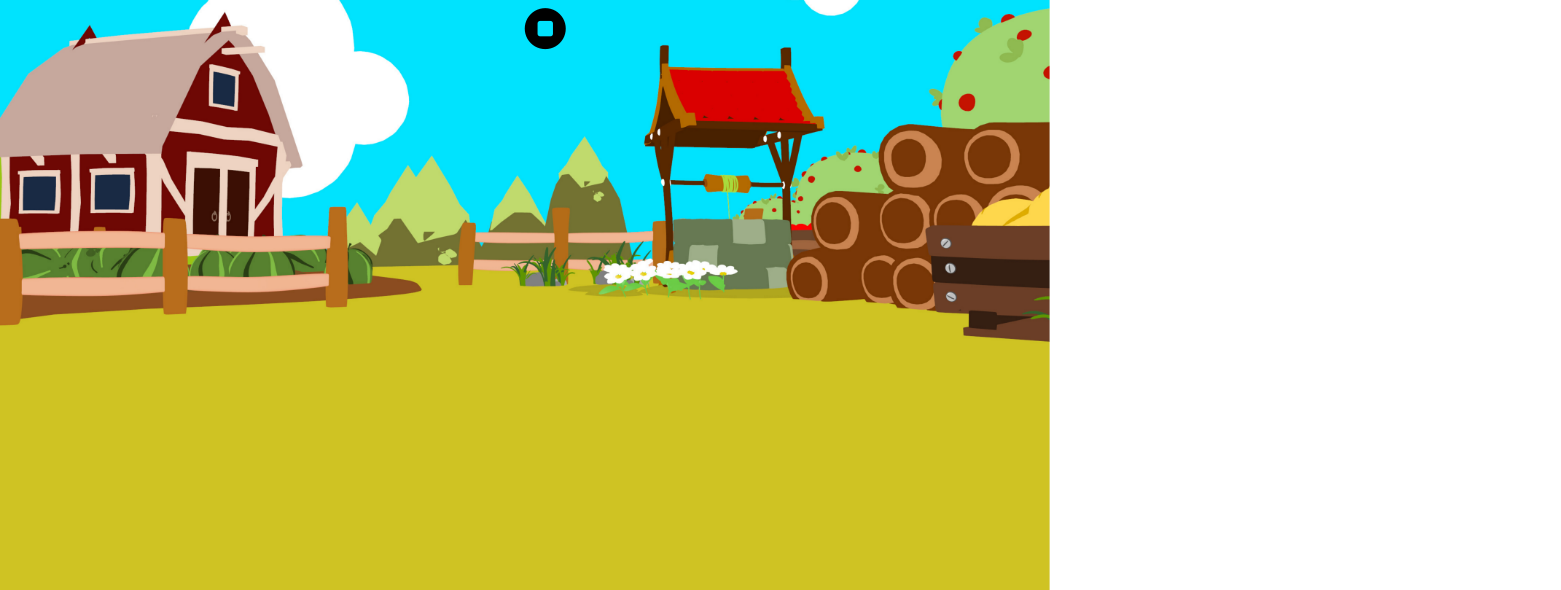
Repository: rumor1993/DreamCoding-Browser101
Page: Chapter07/index.html
The author's editor kept a copy of each file at every save. The page is drawn from the files as they stood at one save, then again after the next save.
The browser window is 1280 px wide. The page is 1904 px wide, so the pictures cover 1904 px, including what lies to the right of the window. The pictures show the whole page, at 82% of full size.
Some web libraries are served in a nearby version.

Above is the page before, as saved 2021-01-01 13:27:05.

### Chapter07/index.html
<!DOCTYPE html>
<html lang="en">
  <head>
    <meta charset="UTF-8" />
    <meta name="viewport" content="width=device-width, initial-scale=1.0" />
    <title>Document</title>
    <style>
      body {
        background-repeat: no-repeat;
        background-size: cover;
        background-image: url("carrot/img/background.png");
      }

      .stop {
        position: relative;
        font-size: 50px;
        left: 50%;
      }

      .timer {
        position: relative;
        width: 200px;
        height: 200px;
        left: 50%;
      }
    </style>
    <script src="https://kit.fontawesome.com/86c035f01d.js" crossorigin="anonymous"></script>
  </head>
  <body>
    <div class="stop">
      <i class="fas fa-stop-circle"></i>
    </div>
    <div class="timer"></div>
    <div class="carrot-count"></div>
    <div class="carrot"></div>
    <div class="bug"></div>
  </body>
</html>

After the next save:
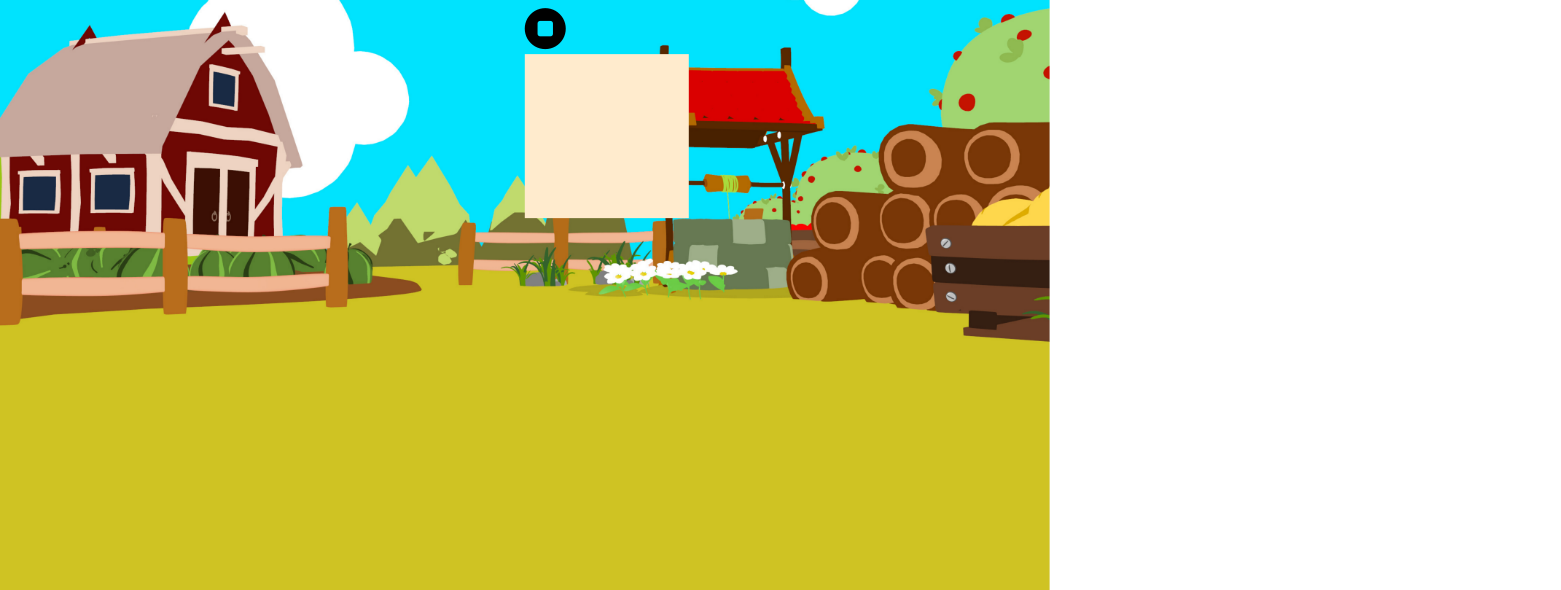
Saved 10 s later.
--- a/Chapter07/index.html
+++ b/Chapter07/index.html
@@ -19,6 +19,7 @@
 
       .timer {
         position: relative;
+        background-color: blanchedalmond;
         width: 200px;
         height: 200px;
         left: 50%;
